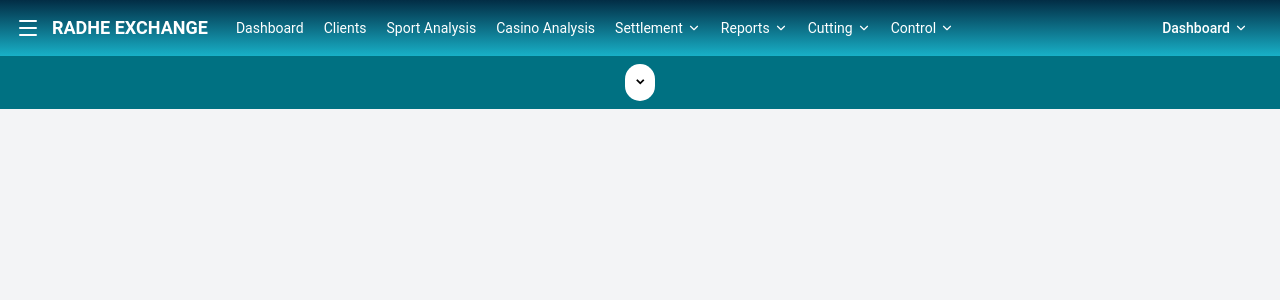
Repository: Habeebur1493/Radhe-Exchange
Page: /dashboard (app in frontend/)
An editor plug-in stored every save of this project. The page is shown before and after the next save, followed by the edit.
The browser window is 1280 px wide. The pictures show the whole page.
Some web libraries are served in a nearby version. The project was rebuilt for these pictures with package versions that can differ from the ones it lists, and the page was loaded fresh each time. Also part of the build but not shown: frontend/vite.config.js, frontend/src/components/login.jsx, frontend/src/components/Register.jsx.

Above is the page before, as saved 2025-03-04 11:05:08.

After the next save:
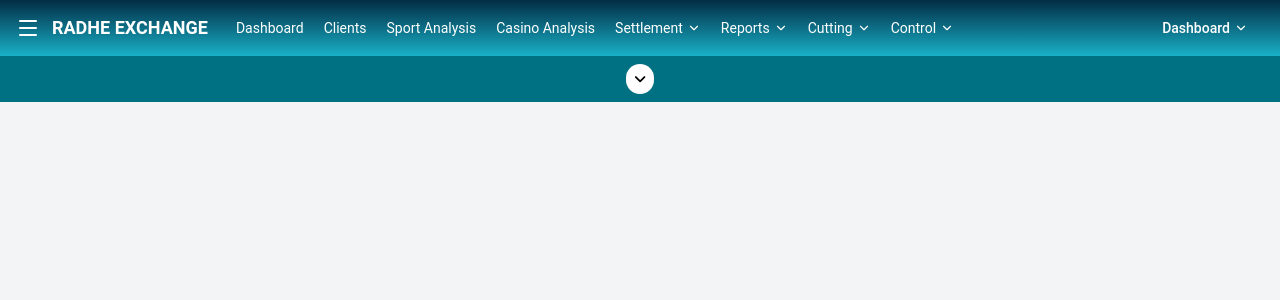
Saved 54 s later.
--- a/frontend/src/components/dashboard.jsx
+++ b/frontend/src/components/dashboard.jsx
@@ -218,7 +218,7 @@ const Dashboard = () => {
         className="cursor-pointer flex items-center justify-center"
         onClick={() => setIsOpen(!isOpen)}
       >
-       <i className={`ri-arrow-down-s-line bg-white text-black font-bold rounded-full p-2 transition-transform ${isOpen ? "rotate-180" : ""}`}></i>
+       <i className={`fa-solid fa-angle-down bg-white text-black font-bold rounded-full p-2 transition-transform ${isOpen ? "rotate-180" : ""}`}></i>
 
 
       </div>
